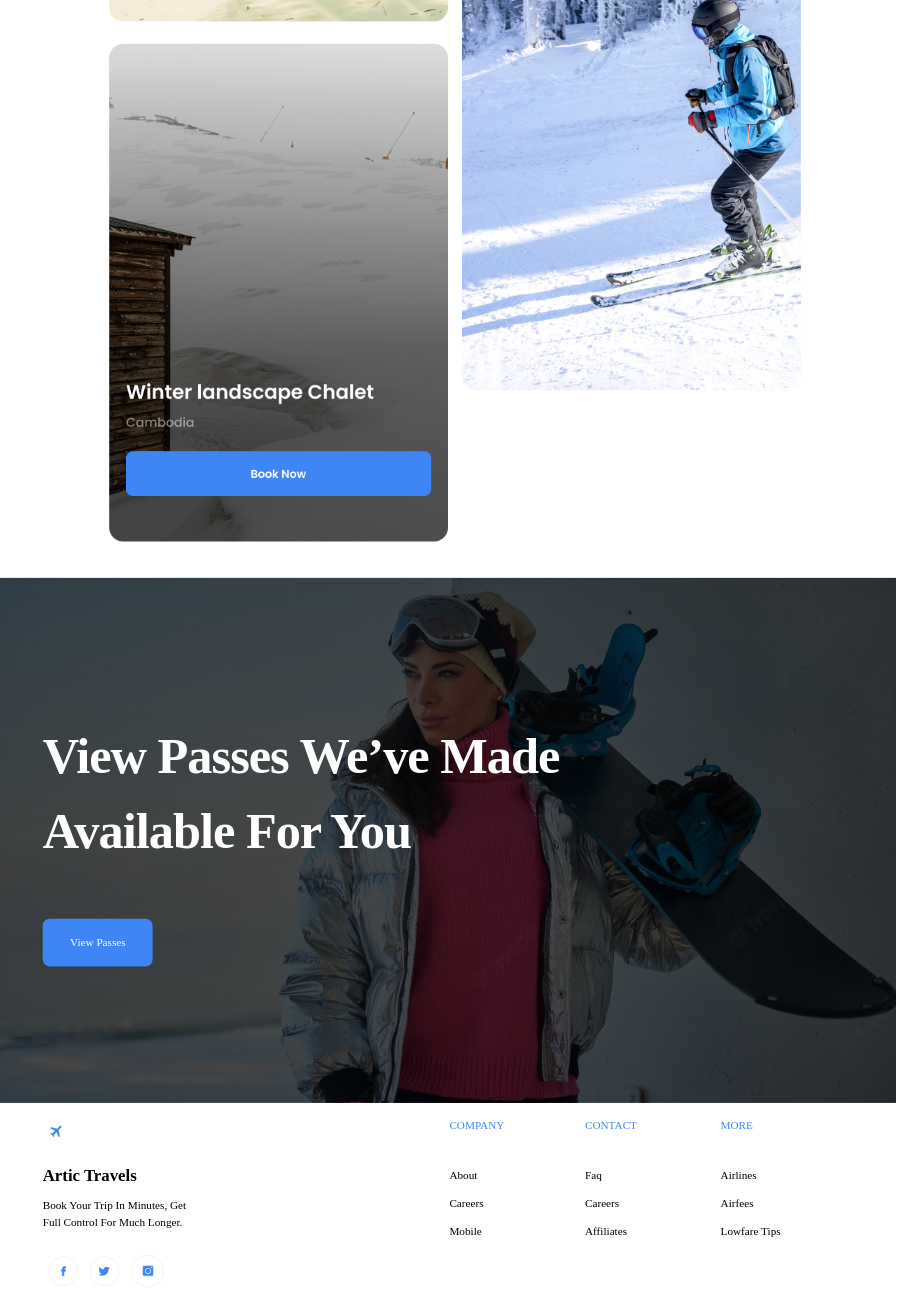
Repository: swissjake/arctic-travel-agency
Page: /
The author's editor kept a copy of each file at every save. The page is drawn from the files as they stood at one save, then again after the next save.
The browser window is 1280 px wide. The page is 1300 px wide, so the pictures cover 1300 px, including what lies to the right of the window. The pictures show the part of the page from y = 3701 to 5581 px (the page is 5581 px tall), at 70% of full size.
The project was rebuilt for these pictures with package versions that can differ from the ones it lists, and the page was loaded fresh each time. Also part of the build but not shown: src/App.css.

Above is the page before, as saved 2022-05-04 13:04:06.

After the next save:
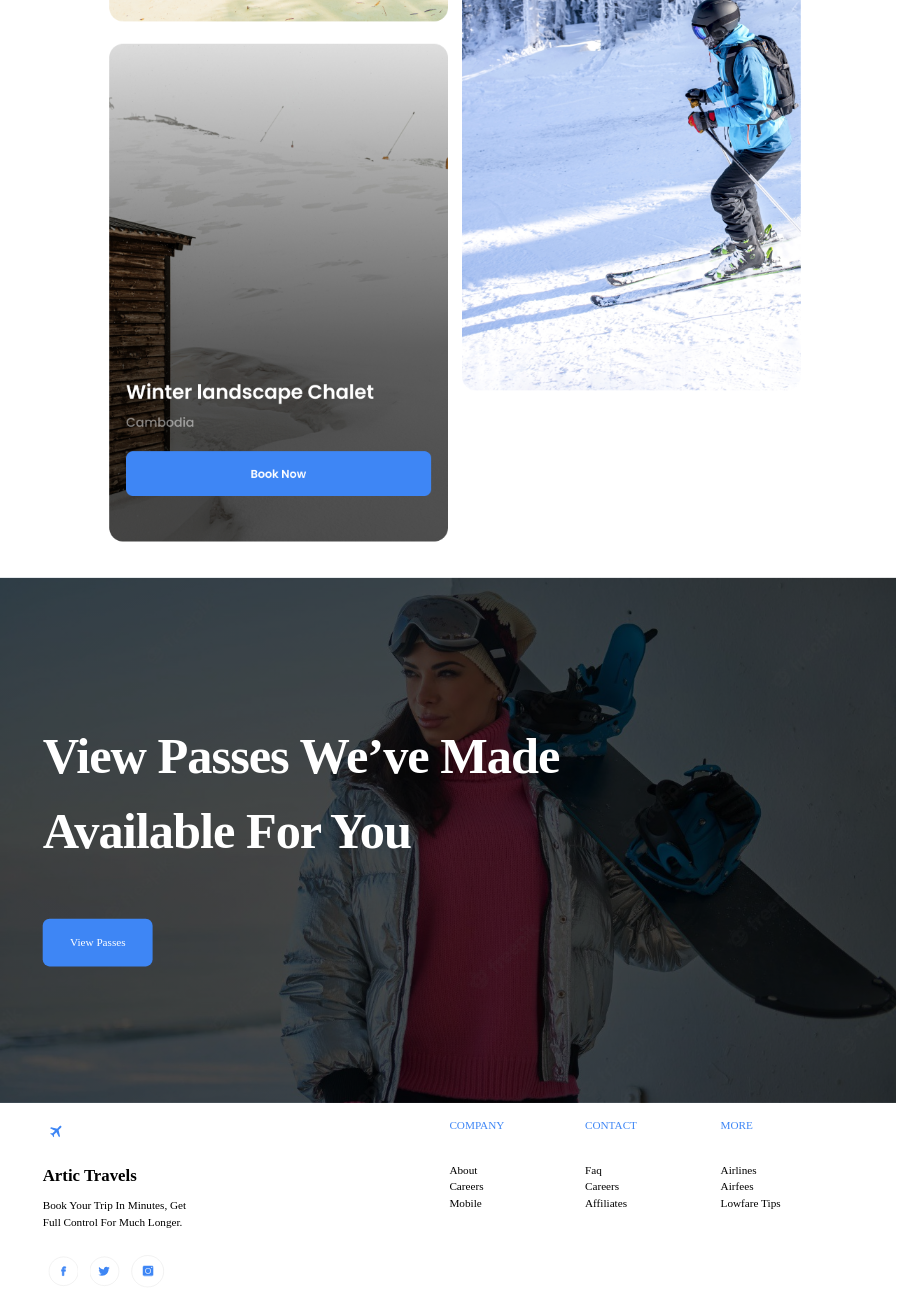
Saved 52 s later.
--- a/src/components/Footer/Footer.tsx
+++ b/src/components/Footer/Footer.tsx
@@ -35,7 +35,7 @@
   <h2 className="text-[#3E86F5] mb-[40px] uppercase">company</h2>
   <ul>
     {company.map((item,index)=>(
-      <li className="capitalize leading-10">{item}</li>
+      <li className="capitalize leading-12">{item}</li>
     ))}
   </ul>
 </div>
@@ -44,7 +44,7 @@
   <h2 className="text-[#3E86F5] mb-[40px] uppercase">contact</h2>
   <ul>
     {contact.map((item,index)=>(
-      <li className="capitalize leading-10">{item}</li>
+      <li className="capitalize leading-12">{item}</li>
     ))}
   </ul>
 </div>
@@ -53,7 +53,7 @@
   <h2 className="text-[#3E86F5] mb-[40px] uppercase">more</h2>
   <ul>
     {more.map((item,index)=>(
-      <li className="capitalize leading-10">{item}</li>
+      <li className="capitalize leading-12">{item}</li>
     ))}
   </ul>
 </div>

After the 2 saves that followed:
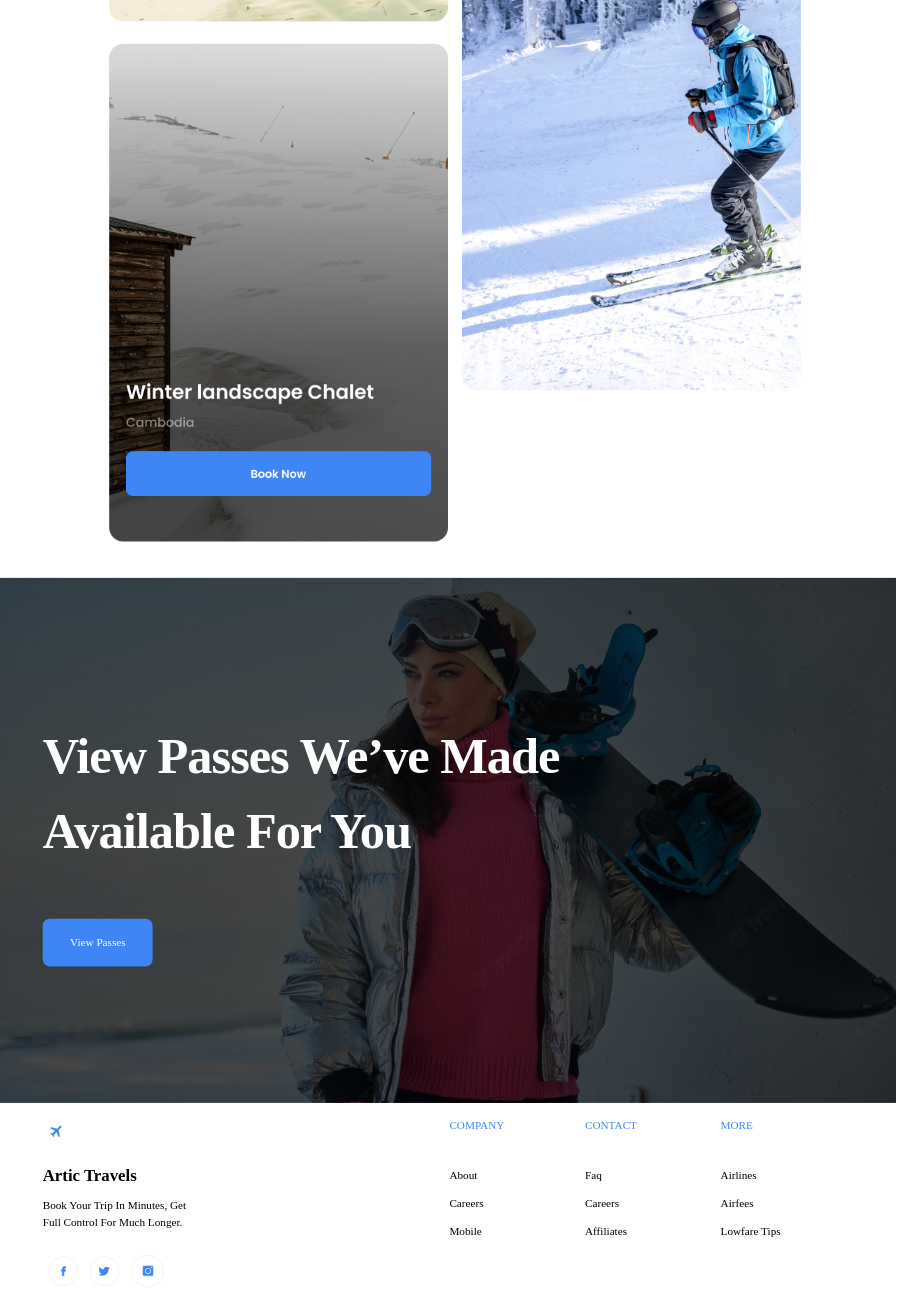
The 2 saves are shown as one change because 1 left the picture as it was.
The last was saved 11 s later.
--- a/src/components/Footer/Footer.tsx
+++ b/src/components/Footer/Footer.tsx
@@ -35,7 +35,7 @@
   <h2 className="text-[#3E86F5] mb-[40px] uppercase">company</h2>
   <ul>
     {company.map((item,index)=>(
-      <li className="capitalize leading-12">{item}</li>
+      <li className="capitalize leading-10">{item}</li>
     ))}
   </ul>
 </div>
@@ -44,7 +44,7 @@
   <h2 className="text-[#3E86F5] mb-[40px] uppercase">contact</h2>
   <ul>
     {contact.map((item,index)=>(
-      <li className="capitalize leading-12">{item}</li>
+      <li className="capitalize leading-10">{item}</li>
     ))}
   </ul>
 </div>
@@ -53,7 +53,7 @@
   <h2 className="text-[#3E86F5] mb-[40px] uppercase">more</h2>
   <ul>
     {more.map((item,index)=>(
-      <li className="capitalize leading-12">{item}</li>
+      <li className="capitalize leading-10">{item}</li>
     ))}
   </ul>
 </div>
